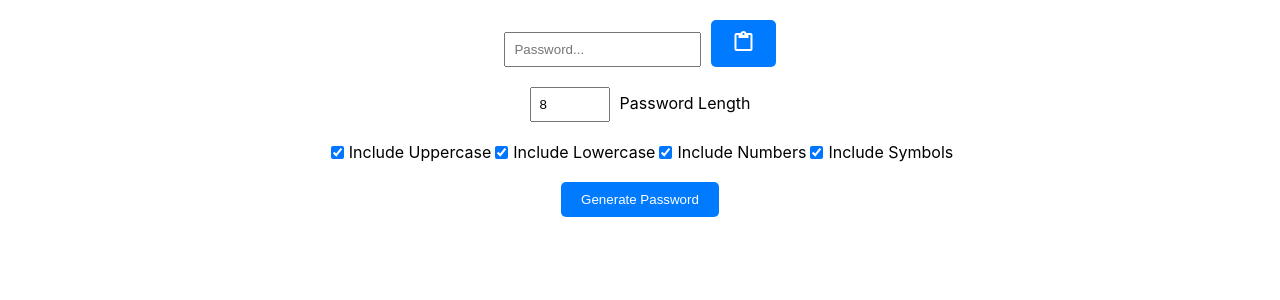
Repository: sriram1224/pass-generator
Page: /
These files come from the project's save history. The page is drawn as it stood at one moment and after the next save; the edit follows.
The browser window is 1280 px wide. The pictures show the whole page.
The project was rebuilt for these pictures with package versions that can differ from the ones it lists, and the page was loaded fresh each time.

Above is the page before, as saved 2024-03-21 20:05:54.

### public/index.html
<!DOCTYPE html>
<html lang="en">

<head>
  <meta charset="utf-8" />
  <link rel="icon" href="%PUBLIC_URL%/favicon.ico" />
  <meta name="viewport" content="width=device-width, initial-scale=1" />
  <meta name="theme-color" content="#000000" />
  <meta name="description" content="Web site created using create-react-app" />
  <link rel="stylesheet"
    href="https://fonts.googleapis.com/css2?family=Material+Symbols+Outlined:opsz,wght,FILL,GRAD@24,400,0,0" />


  <title>React App</title>
</head>

<body>
  <noscript>You need to enable JavaScript to run this app.</noscript>
  <div id="root">


  </div>

</body>

</html>

### src/App.js
import React, { useState, useRef, useCallback } from 'react';
import './App.css';

function generatePassword(length, includeUpper, includeLower, includeNumber, includeSymbol){
  const upperChars = 'ABCDEFGHIJKLMNOPQRSTUVWXYZ';
  const lowerChars = 'abcdefghijklmnopqrstuvwxyz';
  const numberChars = '0123456789';
  const symbolChars = '!@#$%^&*()-_=+';

  let chars = '';
  if (includeUpper) chars+= upperChars;
  if (includeLower) chars += lowerChars;
  if (includeNumber) chars += numberChars;
  if (includeSymbol) chars += symbolChars;
  let password = '';
  for(let i = 0; i < length; i++){
    password += chars.charAt(Math.floor(Math.random() * chars.length));
  }
  return password;
}

function App() {
  const [password, setPassword] = useState('');
  const includeUpperRef = useRef(true);
  const includeLowerRef = useRef(true);
  const includeSymbolRef = useRef(true);
  const includeNumberRef = useRef(true);
  const [length, setLength] = useState(8);

  const handleCheckboxChange = (ref) => {
    ref.current = !ref.current;
    handlePassword();
  };

  const handlePassword = useCallback(() => {
    const newPass = generatePassword(
      length,
      includeUpperRef.current,
      includeLowerRef.current,
      includeNumberRef.current,
      includeSymbolRef.current
    );
    setPassword(newPass);
  }, [length, includeUpperRef, includeLowerRef, includeNumberRef, includeSymbolRef]);

  return (
    <div className="container">
      <div className="password-input">
        <input type="text" value={password} placeholder='Password...' readOnly />
        <button onClick={() => navigator.clipboard.writeText(password)}><span class="material-symbols-outlined">
content_paste
</span></button>
      </div>
      <div className="length-input">
        <input type="number" value={length} onChange={(e) => setLength(parseInt(e.target.value))} min="1" max="50" />
        <label>Password Length</label>
      </div>
      <div className="checkboxes">
        <input type="checkbox" checked={includeUpperRef.current} onChange={() => handleCheckboxChange(includeUpperRef)} />
        <label>Include Uppercase</label>
        <input type="checkbox" checked={includeLowerRef.current} onChange={() => handleCheckboxChange(includeLowerRef)} />
        <label>Include Lowercase</label>
        <input type="checkbox" checked={includeNumberRef.current} onChange={() => handleCheckboxChange(includeNumberRef)} />
        <label>Include Numbers</label>
        <input type="checkbox" checked={includeSymbolRef.current} onChange={() => handleCheckboxChange(includeSymbolRef)} />
        <label>Include Symbols</label>
      </div>
      <button onClick={handlePassword} className='generate'>Generate Password</button>
    </div>
  );
}

export default App;

### src/App.css
.container {
  display: flex;
  flex-direction: column;
  align-items: center;
  padding: 20px;
}

.password-input {
  margin-bottom: 20px;
}

.password-input input {
  padding: 8px;
  margin-right: 10px;
}

.length-input {
  margin-bottom: 20px;
}

.length-input input {
  padding: 8px;
  width: 60px;
  margin-right: 10px;
}

.checkboxes {
  display: flex;
  align-items: center;
  margin-bottom: 20px;
}

.checkboxes input {
  margin-right: 5px;
}

button {
  padding: 10px 20px;
  background-color: #007bff;
  color: #fff;
  border: none;
  border-radius: 5px;
  cursor: pointer;
}

button:hover {
  background-color: #0056b3;
}

Loaded but not shown: src/index.js (common file); src/index.css (common file); src/reportWebVitals.js (common file)

After the next save:
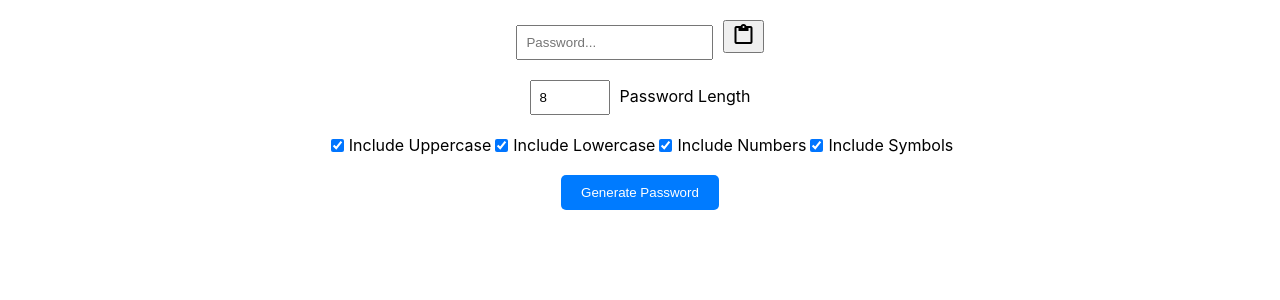
Saved 11 s later.
--- a/src/App.css
+++ b/src/App.css
@@ -34,7 +34,7 @@
   margin-right: 5px;
 }
 
-button {
+.generate {
   padding: 10px 20px;
   background-color: #007bff;
   color: #fff;
